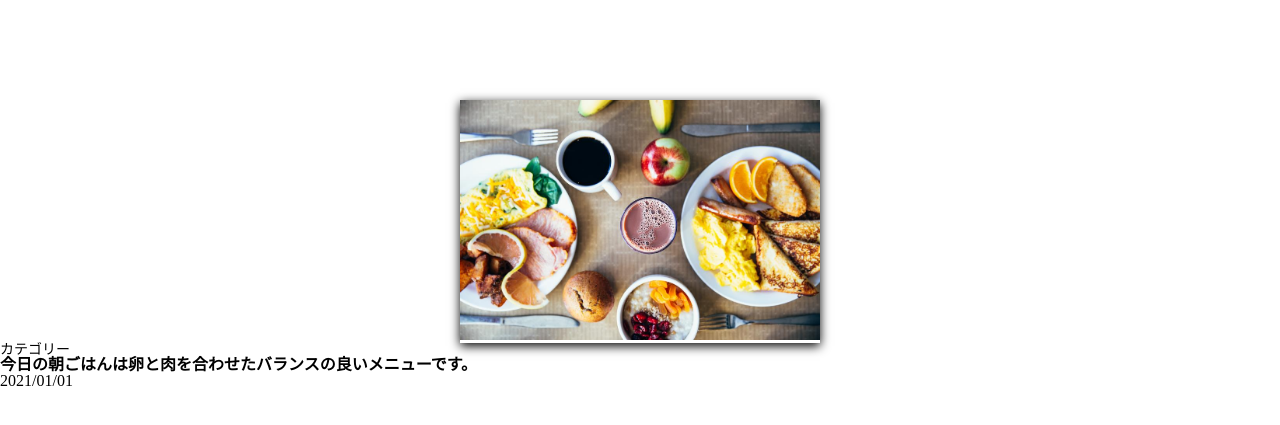
Repository: yosuke257/20231104_watanabe_css
Page: coachtech/html-css/index.html
These files come from the project's save history. The page is drawn as it stood at one moment and after the next save; the edit follows.
The browser window is 1280 px wide. The pictures show the whole page.

Above is the page before, as saved 2023-10-23 00:10:45.

After the next save:
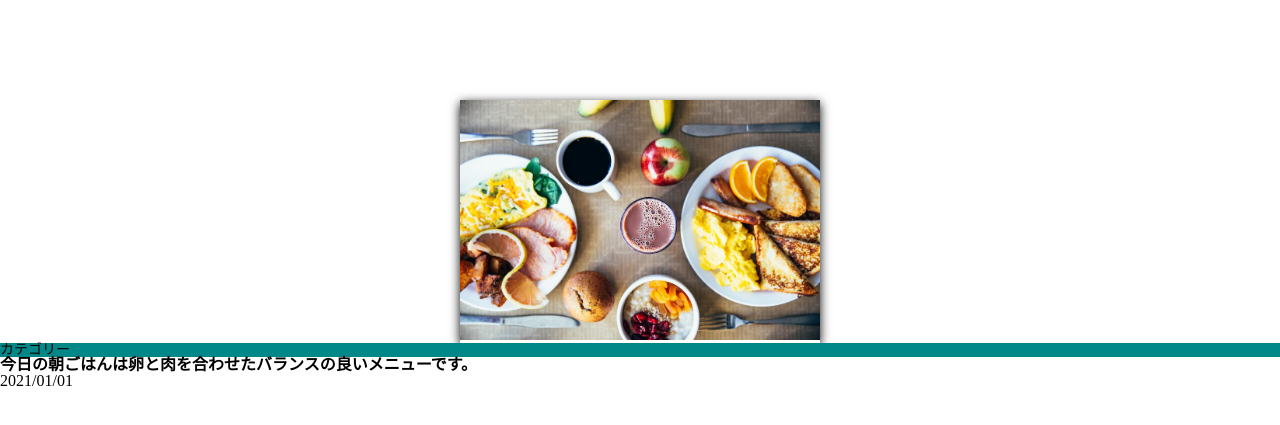
Saved 32 s later.
--- a/coachtech/html-css/css/style.css
+++ b/coachtech/html-css/css/style.css
@@ -8,7 +8,7 @@
     width: 100%;
 }
 
-.card__content-cat{
+.card__content-cat {
     font-size: 14px;
-
+    background-color: #008888;
 }
